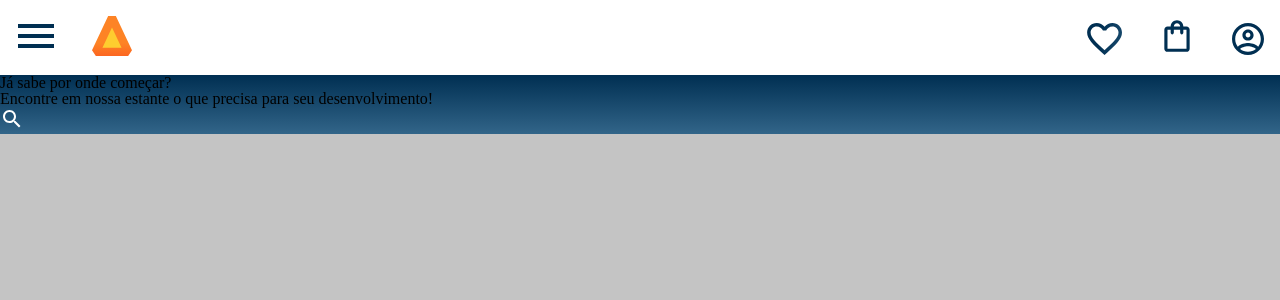
Repository: DamnDTX/projeto-mobile
Page: index.html
An editor plug-in stored every save of this project. The page is shown before and after the next save, followed by the edit.
The browser window is 1280 px wide. The pictures show the whole page.

Above is the page before, as saved 2023-07-27 22:49:38.

After the next save:
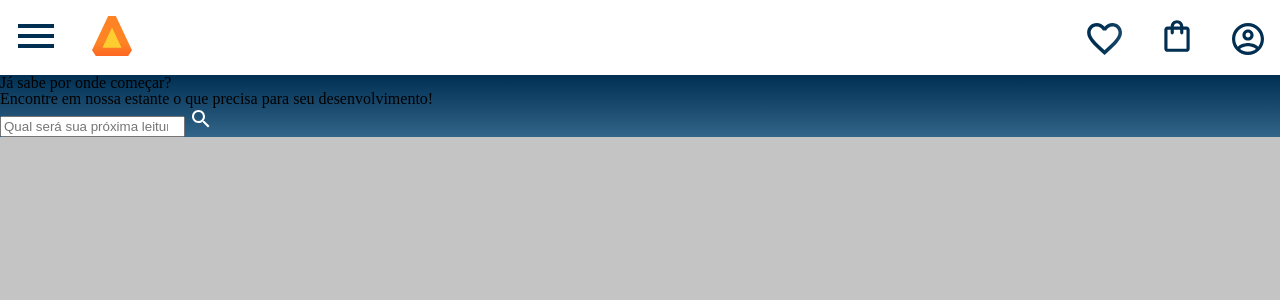
Saved 109 s later.
--- a/index.html
+++ b/index.html
@@ -64,7 +64,8 @@
     <p class="banner__apresentacao">
         Encontre em nossa estante o que precisa para seu desenvolvimento!
     </p>
-    <img src="./img/Pesquisa.svg">
+    <input type="search" class="banner__pesquisa" placeholder="Qual será sua próxima leitura?">
+    <img  src="./img/Pesquisa.svg" class="banner__pesquisa__icone"
    </section>
 </body>
 </html>
